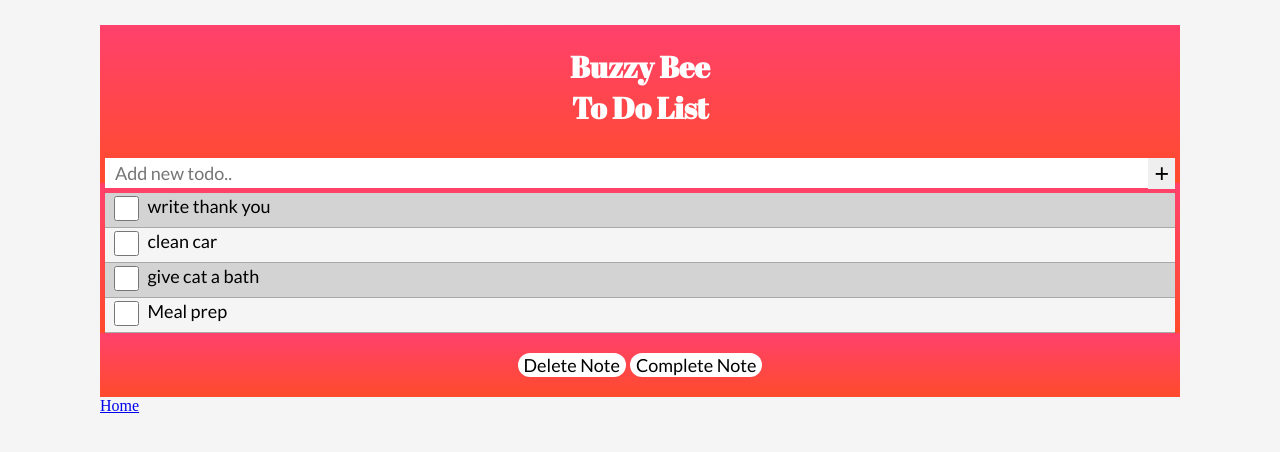
Repository: seleniadelgado/backend-spring2020-angie
Page: projects/todo/public_html/index.html
The author's editor kept a copy of each file at every save. The page is drawn from the files as they stood at one save, then again after the next save.
The browser window is 1280 px wide. The pictures show the whole page.
The page's requests for data from a server got no answer.

Above is the page before, as saved 2020-05-13 20:24:48.

After the next save:
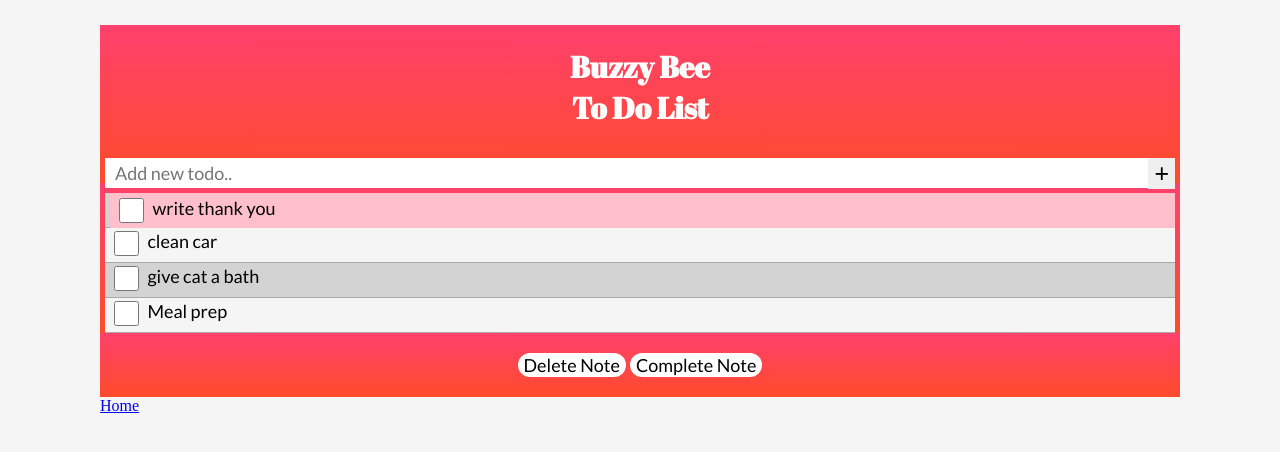
Saved 53 s later.
--- a/projects/todo/public_html/styles.css
+++ b/projects/todo/public_html/styles.css
@@ -111,6 +111,12 @@ body {
     padding-left: 5px;
     position: absolute;
     padding-top: 2px;
+
+}
+.item-container {
+    padding: 2px 5px;
+    background-color: pink;
+    align-content: center;
 }
 
 .buttonsArea {

After the save that followed:
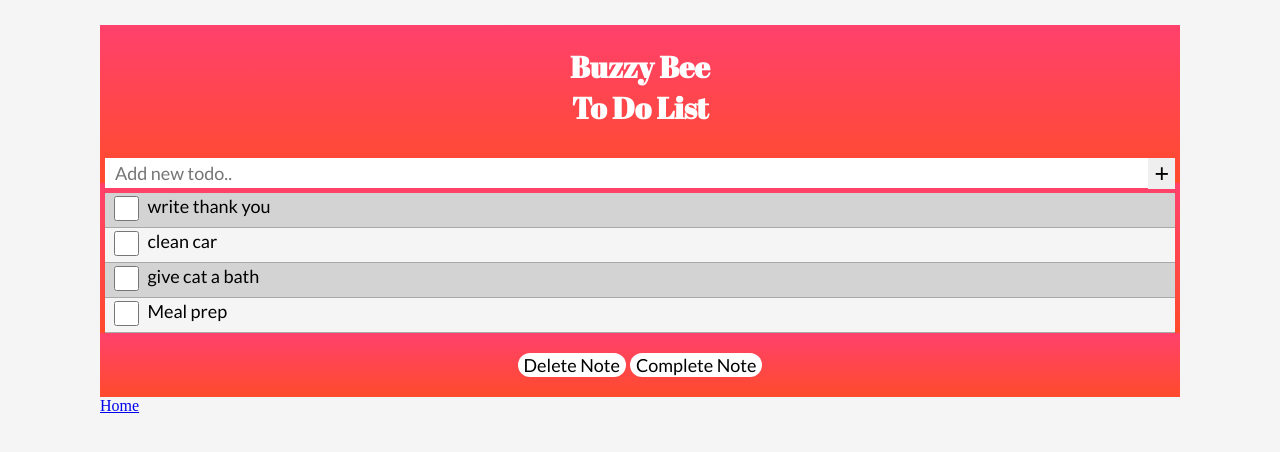
Saved 3 min 56 s later.
--- a/projects/todo/public_html/styles.css
+++ b/projects/todo/public_html/styles.css
@@ -104,7 +104,7 @@ body {
   }
 /* When the checkbox is checked, add a strike */
 .container input:checked ~ .checkmark {
-    text-decoration: line-through;
+    background-color: pink;
 }
 
 .checkmark {
@@ -112,11 +112,6 @@ body {
     position: absolute;
     padding-top: 2px;
 
-}
-.item-container {
-    padding: 2px 5px;
-    background-color: pink;
-    align-content: center;
 }
 
 .buttonsArea {
